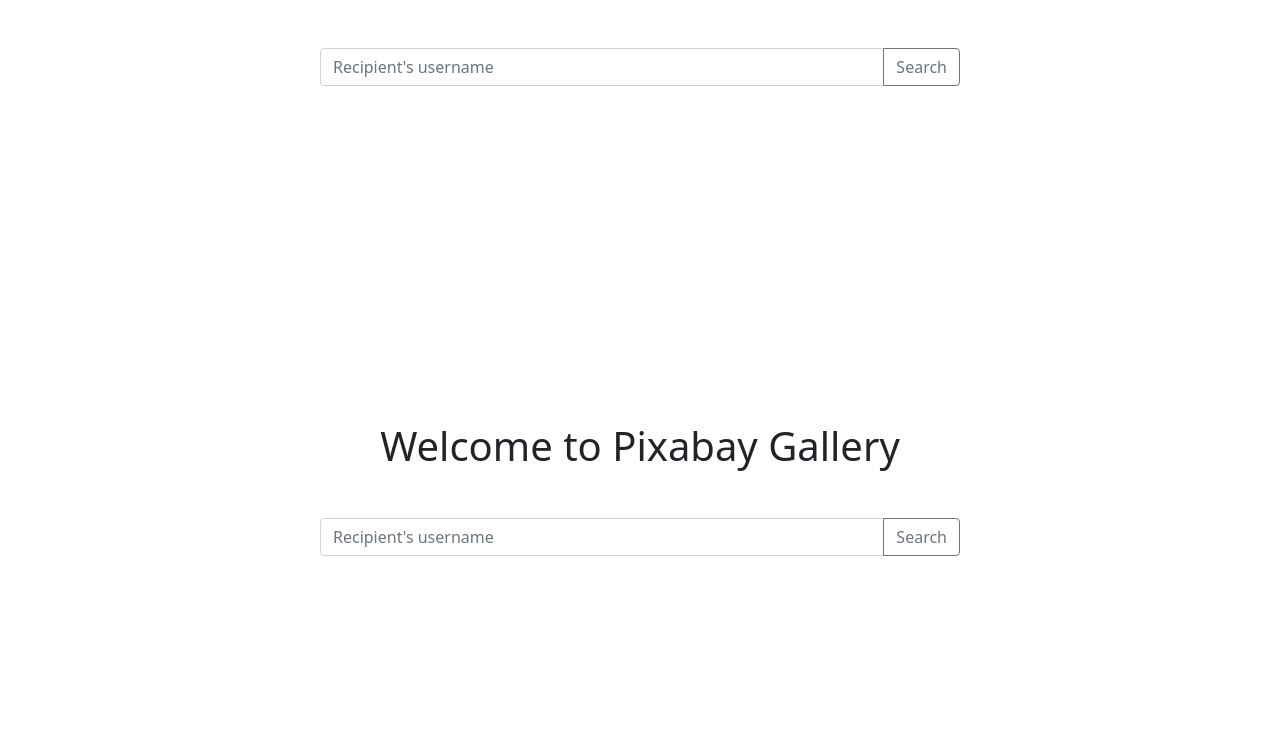
Repository: mehedi9465/PixaBay-Gallery
Page: index.html
The author's editor kept a copy of each file at every save. The page is drawn from the files as they stood at one save, then again after the next save.
The browser window is 1280 px wide. The pictures show the whole page.

Above is the page before, as saved 2023-05-09 15:25:18.

After the next save:
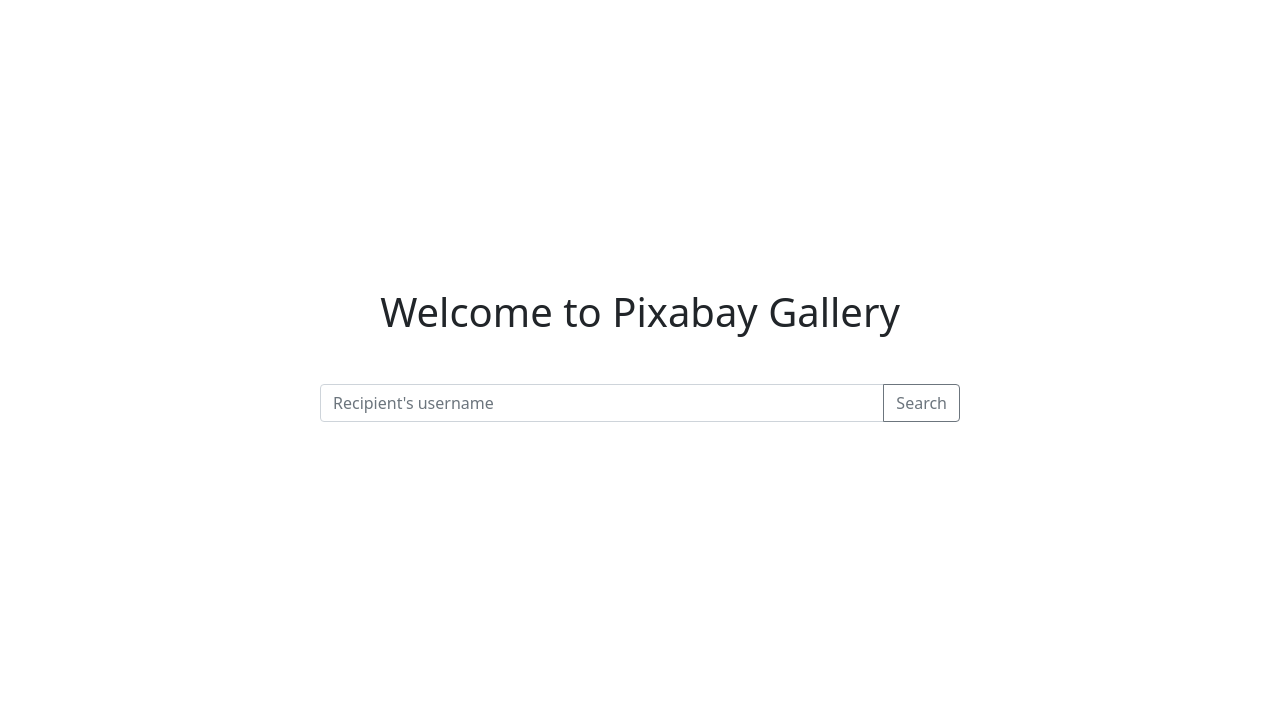
Saved 4 s later.
--- a/index.html
+++ b/index.html
@@ -25,7 +25,7 @@
   </head>
   <body>
     <main>
-      <div id="permanentTxt" class="">
+      <div id="permanentTxt" class="d-none">
         <div  class="input-group mt-5 mb-5 w-50 mx-auto overflow-hidden">
         <input
           type="text"
